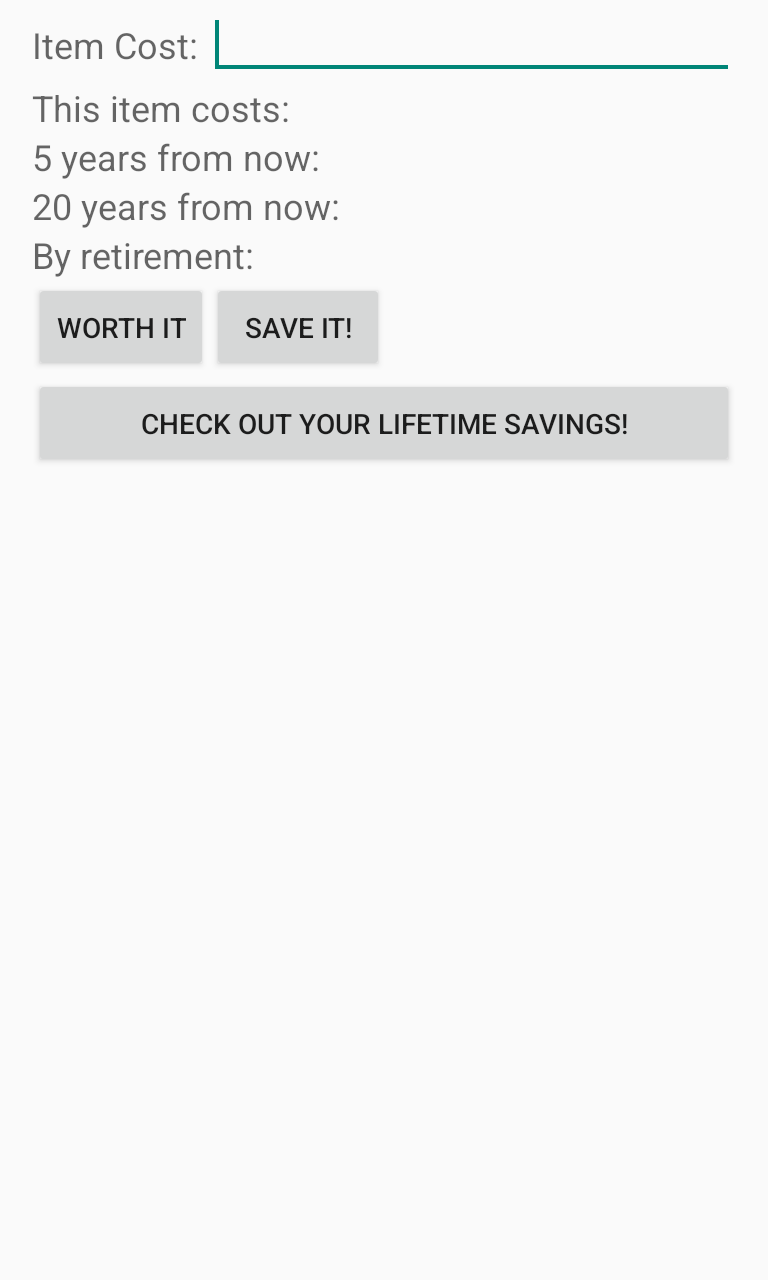
Repository: aallev11/saveit
Layout: ShouldISaveIt/res/layout/activity_main.xml
An editor plug-in stored every save of this project. The layout is shown before and after a run of saves, followed by the edit.
It is drawn on a 768 x 1280 px phone screen (xhdpi) without system bars, with theme AppTheme; the app's code is not run.

Above is the layout before, as saved 2014-03-30 13:43:36.

### ShouldISaveIt/res/layout/activity_main.xml
<FrameLayout xmlns:android="http://schemas.android.com/apk/res/android"
    xmlns:tools="http://schemas.android.com/tools"
    android:id="@+id/container"
    android:layout_width="match_parent"
    android:layout_height="match_parent"
    tools:context="com.example.shouldisaveit.MainActivity"
    tools:ignore="MergeRootFrame" >

    <LinearLayout
        android:layout_width="fill_parent"
        android:layout_height="fill_parent"
        android:orientation="vertical"
        android:paddingLeft="16dp"
        android:paddingRight="16dp" >

        <LinearLayout
            android:layout_width="fill_parent"
            android:layout_height="wrap_content"
            android:orientation="horizontal" >

            <TextView
                android:id="@+id/itemCost"
                android:layout_width="wrap_content"
                android:layout_height="wrap_content"
                android:text="Item Cost: "
                android:textAppearance="?android:attr/textAppearanceMedium" />

            <EditText
                android:id="@+id/editItemCost"
                android:layout_width="match_parent"
                android:layout_height="wrap_content"
                android:ems="10"
                android:inputType="numberDecimal"
                android:width="40dp" >

                <requestFocus />
            </EditText>
        </LinearLayout>

        <TextView
            android:layout_width="fill_parent"
            android:layout_height="wrap_content"
            android:text="This item costs:  "
            android:textAppearance="?android:attr/textAppearanceMedium" />

        <LinearLayout
            android:layout_width="fill_parent"
            android:layout_height="wrap_content"
            android:orientation="horizontal" >

            <TextView
                android:layout_width="wrap_content"
                android:layout_height="wrap_content"
                android:text="5 years from now:  "
                android:textAppearance="?android:attr/textAppearanceMedium" />

            <TextView
                android:id="@+id/edit5years"
                android:layout_width="match_parent"
                android:layout_height="wrap_content"
                android:ems="10"
                android:width="40dp" >
            </TextView>
        </LinearLayout>

        <LinearLayout
            android:layout_width="fill_parent"
            android:layout_height="wrap_content"
            android:orientation="horizontal" >

            <TextView
                android:layout_width="wrap_content"
                android:layout_height="wrap_content"
                android:text="20 years from now:  "
                android:textAppearance="?android:attr/textAppearanceMedium" />

            <TextView
                android:id="@+id/edit20years"
                android:layout_width="match_parent"
                android:layout_height="wrap_content"
                android:ems="10"
                android:width="40dp" >
            </TextView>
        </LinearLayout>

        <LinearLayout
            android:layout_width="fill_parent"
            android:layout_height="wrap_content"
            android:orientation="horizontal" >

            <TextView
                android:layout_width="wrap_content"
                android:layout_height="wrap_content"
                android:text="By retirement:  "
                android:textAppearance="?android:attr/textAppearanceMedium" />

            <TextView
                android:id="@+id/editByRetirement"
                android:layout_width="match_parent"
                android:layout_height="wrap_content"
                android:ems="10"
                android:width="40dp" >
            </TextView>
        </LinearLayout>

        <LinearLayout
            android:layout_width="fill_parent"
            android:layout_height="wrap_content"
            android:orientation="horizontal" >

            <Button
                android:id="@+id/worthIt"
                android:layout_width="wrap_content"
                android:layout_height="wrap_content"
                android:onClick="worthIt"
                android:text="Worth It" />

            <Button
                android:id="@+id/saveIt"
                android:layout_width="wrap_content"
                android:layout_height="wrap_content"
                android:text="Save It!" />
        </LinearLayout>

        <LinearLayout
            android:layout_width="fill_parent"
            android:layout_height="wrap_content"
            android:orientation="horizontal" >

            <Button
                android:id="@+id/lifetimeSavings"
                android:layout_width="fill_parent"
                android:layout_height="wrap_content"
                android:onClick="lifetimeSavings"
                android:text="Check out your lifetime savings!" />
        </LinearLayout>
    </LinearLayout>

</FrameLayout>

Loaded but not shown: ShouldISaveIt/res/values/styles.xml (common file); ShouldISaveIt/res/values-v11/styles.xml (common file); ShouldISaveIt/res/values-v14/styles.xml (common file)

After the next 2 saves:
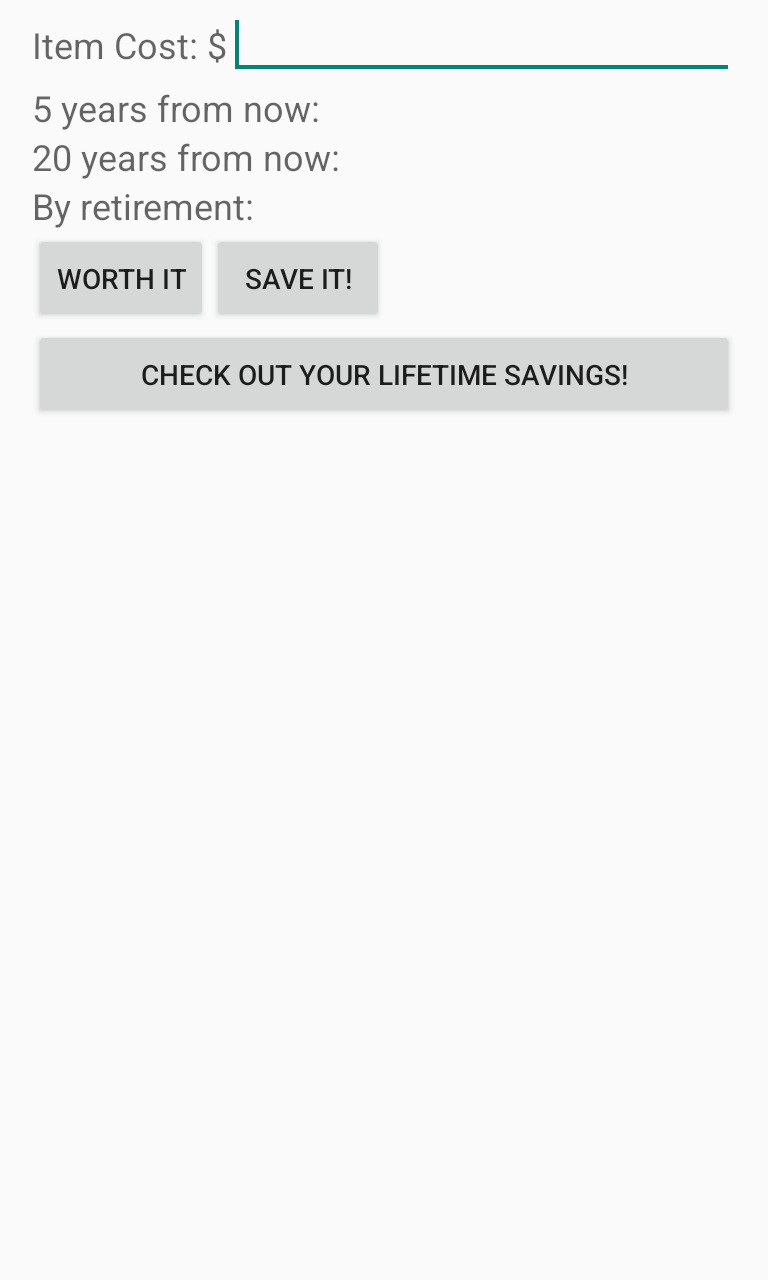
The 2 saves are shown as one change because they came seconds apart.
The last was saved 32 s later.
--- a/ShouldISaveIt/res/layout/activity_main.xml
+++ b/ShouldISaveIt/res/layout/activity_main.xml
@@ -22,7 +22,7 @@
                 android:id="@+id/itemCost"
                 android:layout_width="wrap_content"
                 android:layout_height="wrap_content"
-                android:text="Item Cost: "
+                android:text="Item Cost: $"
                 android:textAppearance="?android:attr/textAppearanceMedium" />
 
             <EditText
@@ -36,12 +36,6 @@
                 <requestFocus />
             </EditText>
         </LinearLayout>
-
-        <TextView
-            android:layout_width="fill_parent"
-            android:layout_height="wrap_content"
-            android:text="This item costs:  "
-            android:textAppearance="?android:attr/textAppearanceMedium" />
 
         <LinearLayout
             android:layout_width="fill_parent"
